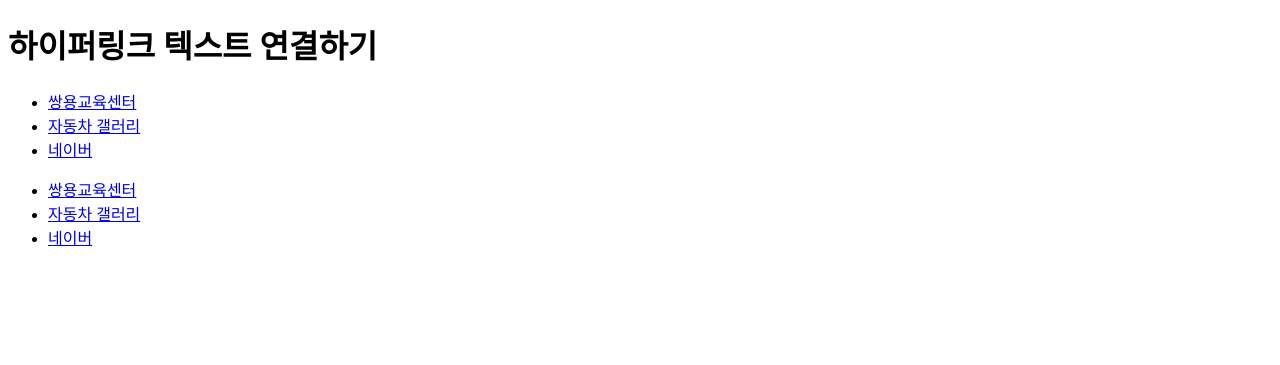
Repository: song-bean/Web_song
Page: 01_HTML/src/main/webapp/EX04.html
These files come from the project's save history. The page is drawn as it stood at one moment and after the next save; the edit follows.
The browser window is 1280 px wide. The pictures show the whole page.

Above is the page before, as saved 2023-02-22 02:08:40.

### 01_HTML/src/main/webapp/EX04.html
<!DOCTYPE html>
<html>
<head>
<meta charset="UTF-8">
<title>Ex04</title>
</head>
<body>
	<h1>하이퍼링크 텍스트 연결하기</h1>
	<ul>
		<li>
			<a href="https://www.sist.co.kr">쌍용교육센터</a>
		</li>
		<li>
			<a href="Ex02_img.html">자동차 갤러리</a>
		</li>
		<li>
			<a href="https://www.naver.com">네이버</a>
		</li>
	</ul>

	<ul>
		<li>
			<a href="https://www.sist.co.kr">쌍용교육센터</a>
		</li>
		<li>
			<a href="Ex02_img.html">자동차 갤러리</a>
		</li>
		<li>
			<a href="https://www.naver.com">네이버</a>
		</li>
	</ul>
</body>
</html>

After the next save:
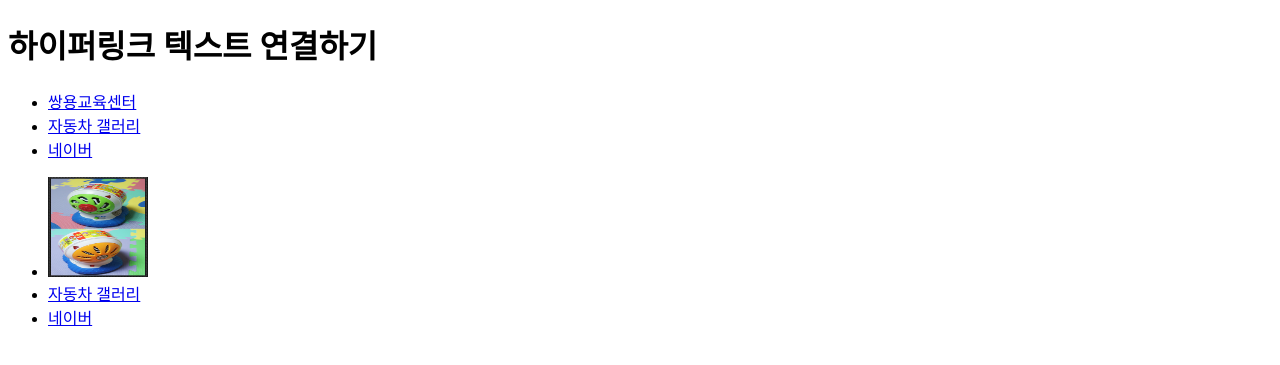
Saved 48 s later.
--- a/01_HTML/src/main/webapp/EX04.html
+++ b/01_HTML/src/main/webapp/EX04.html
@@ -20,7 +20,9 @@
 
 	<ul>
 		<li>
-			<a href="https://www.sist.co.kr">쌍용교육센터</a>
+			<a href="https://www.sist.co.kr">
+				<img src="./images/toy1.jpg" width="100" height="100"
+			</a>
 		</li>
 		<li>
 			<a href="Ex02_img.html">자동차 갤러리</a>
